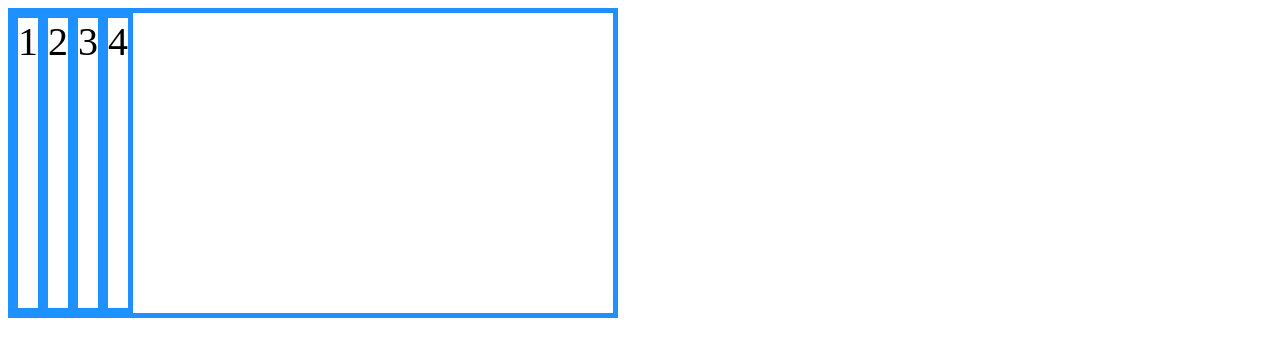
Repository: eversonps/flexbox-grid-css
Page: flexbox/flexbox2.html
An editor plug-in stored every save of this project. The page is shown before and after the next save, followed by the edit.
The browser window is 1280 px wide. The pictures show the whole page.

Above is the page before, as saved 2022-03-23 15:40:06.

### flexbox/flexbox2.html
<!DOCTYPE html>
<html>

<head>
    <meta charset="UTF-8">
    <title>Flexbox #02</title>
    <style>
        div {
            border: solid 5px dodgerblue;
            font-size: 40px;
        }

        .flex-container div {
            box-sizing: border-box;
        }

        .flex-container{
            display: flex;
            height: 300px;
            width: 600px;
        }

        .flex-container div:nth-child(3){

        }
    </style>
</head>

<body>
    <div class="flex-container">
        <div>1</div>
        <div>2</div>
        <div>3</div>
        <div>4</div>
    </div>
</body>

</html>

After the next save:
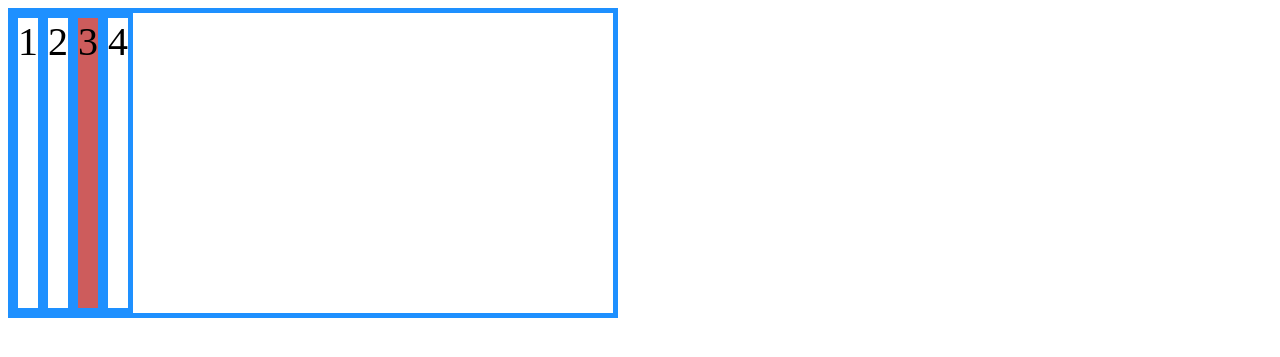
Saved 17 s later.
--- a/flexbox/flexbox2.html
+++ b/flexbox/flexbox2.html
@@ -21,7 +21,7 @@
         }
 
         .flex-container div:nth-child(3){
-
+            background-color: indianred;
         }
     </style>
 </head>
